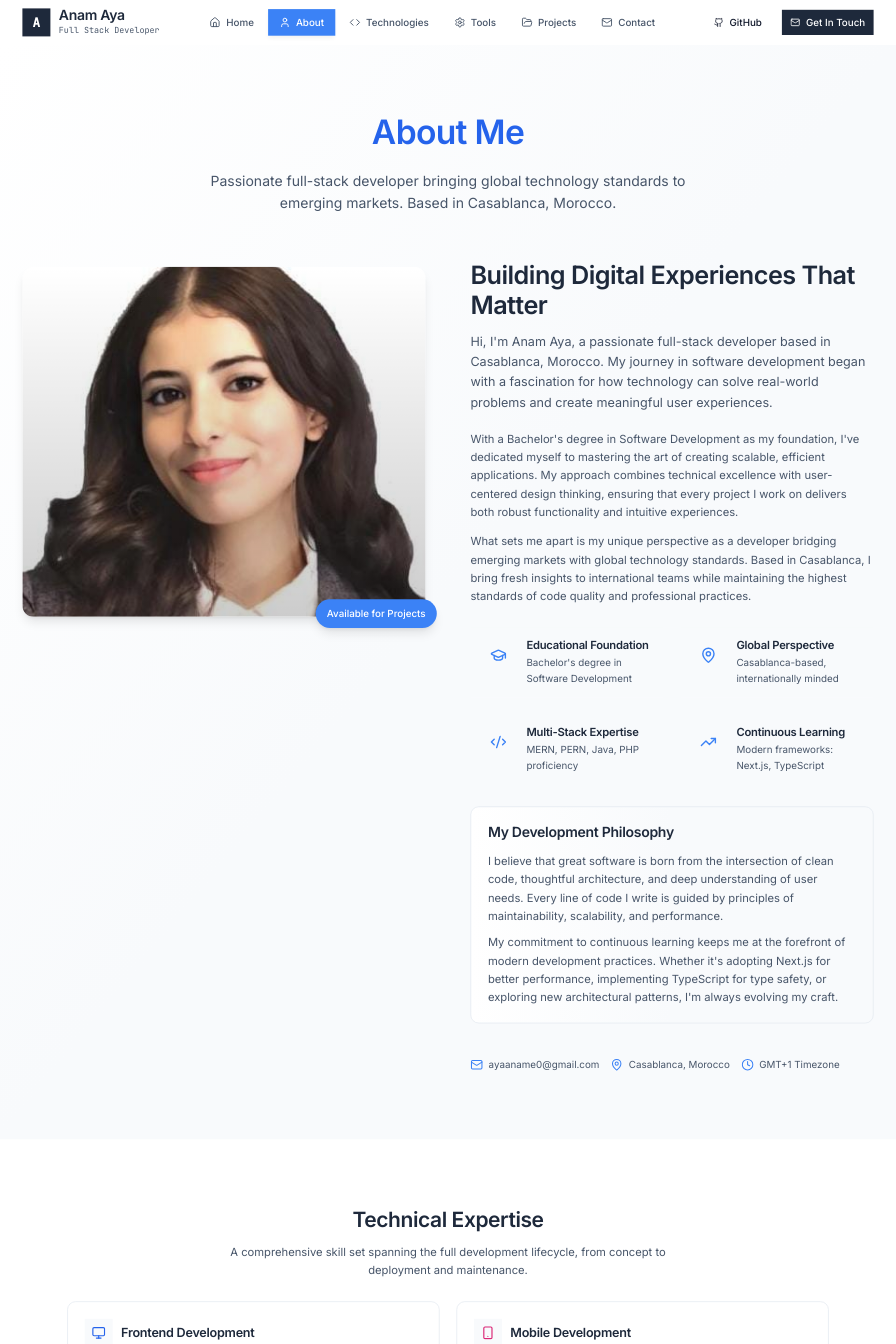
Repository: ayaaas/portflio_aya
Page: /about-me-personal-narrative
These files come from the project's save history. The page is drawn as it stood at one moment and after the next save; the edit follows.
The browser window is 1280 px wide. The pictures show the part of the page from y = 0 to 1920 px (the page is 4280 px tall), at 70% of full size.
The project was rebuilt for these pictures with package versions that can differ from the ones it lists, and the page was loaded fresh each time. Also part of the build but not shown: vite.config.mjs, src/components/ErrorBoundary.jsx, src/pages/hero-section-developer-portfolio/components/ProfileImage.jsx, src/pages/hero-section-developer-portfolio/components/AnimatedText.jsx, src/pages/hero-section-developer-portfolio/components/HeroContent.jsx, src/pages/hero-section-developer-portfolio/components/BackgroundPattern.jsx, src/pages/hero-section-developer-portfolio/components/ScrollIndicator.jsx, src/pages/hero-section-developer-portfolio/index.jsx and 23 more.

Above is the page before, as saved 2025-07-20 01:13:21.

After the next save:
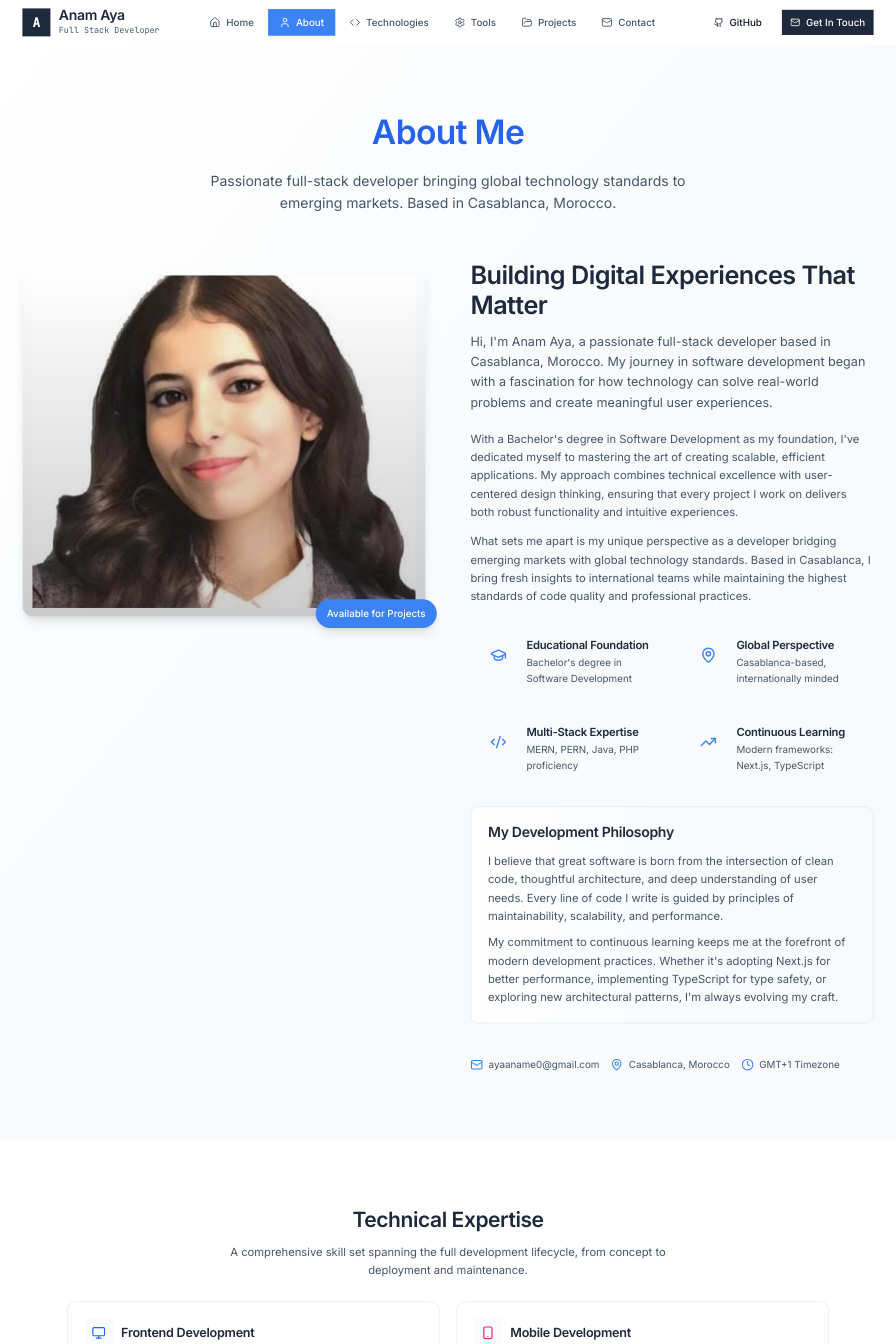
Saved 56 s later.
--- a/src/pages/about-me-personal-narrative/components/ProfileImage.jsx
+++ b/src/pages/about-me-personal-narrative/components/ProfileImage.jsx
@@ -5,11 +5,13 @@
   return (
     <div className="relative">
       <div className="relative overflow-hidden rounded-2xl shadow-lg hover-lift">
-        <Image
-          src="public/assets/images/WhatsApp Image 2025-01-27 à 13.09.23_03e1ada6.jpg"
-          alt="Anam Aya - Full Stack Developer in his development environment"
-          className="w-full h-[500px] object-cover"
-        />
+        <div className="transform scale-95">
+          <Image
+            src="public/assets/images/WhatsApp Image 2025-01-27 à 13.09.23_03e1ada6.jpg"
+            alt="Anam Aya - Full Stack Developer in his development environment"
+            className="w-full h-[500px] object-cover"
+          />
+        </div>
         <div className="absolute inset-0 bg-gradient-to-t from-black/20 to-transparent"></div>
       </div>
 

After the save that followed:
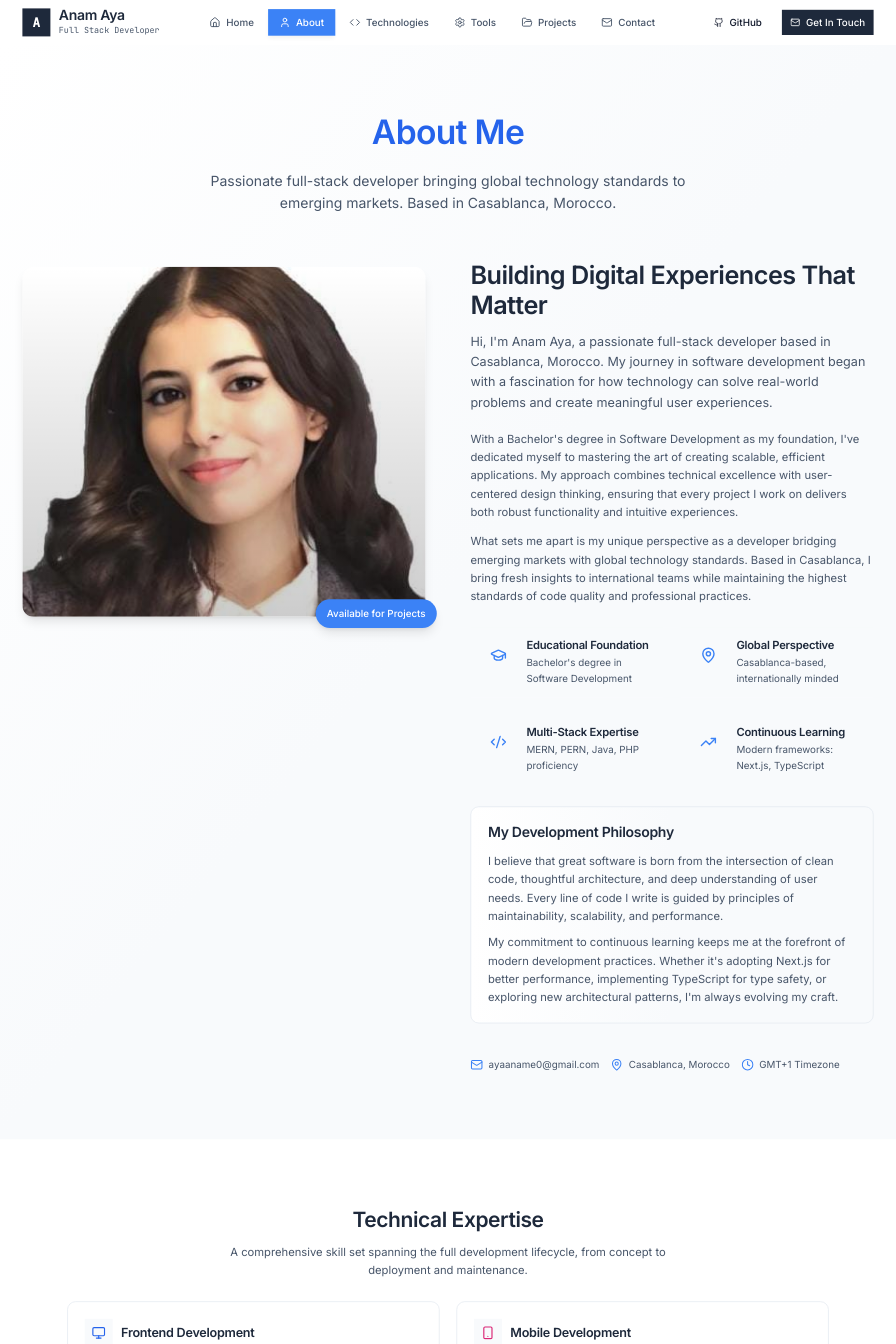
Saved 12 s later.
--- a/src/pages/about-me-personal-narrative/components/ProfileImage.jsx
+++ b/src/pages/about-me-personal-narrative/components/ProfileImage.jsx
@@ -5,13 +5,11 @@
   return (
     <div className="relative">
       <div className="relative overflow-hidden rounded-2xl shadow-lg hover-lift">
-        <div className="transform scale-95">
-          <Image
-            src="public/assets/images/WhatsApp Image 2025-01-27 à 13.09.23_03e1ada6.jpg"
-            alt="Anam Aya - Full Stack Developer in his development environment"
-            className="w-full h-[500px] object-cover"
-          />
-        </div>
+        <Image
+          src="public/assets/images/WhatsApp Image 2025-01-27 à 13.09.23_03e1ada6.jpg"
+          alt="Anam Aya - Full Stack Developer in his development environment"
+          className="w-full h-[500px] object-cover"
+        />
         <div className="absolute inset-0 bg-gradient-to-t from-black/20 to-transparent"></div>
       </div>
 
